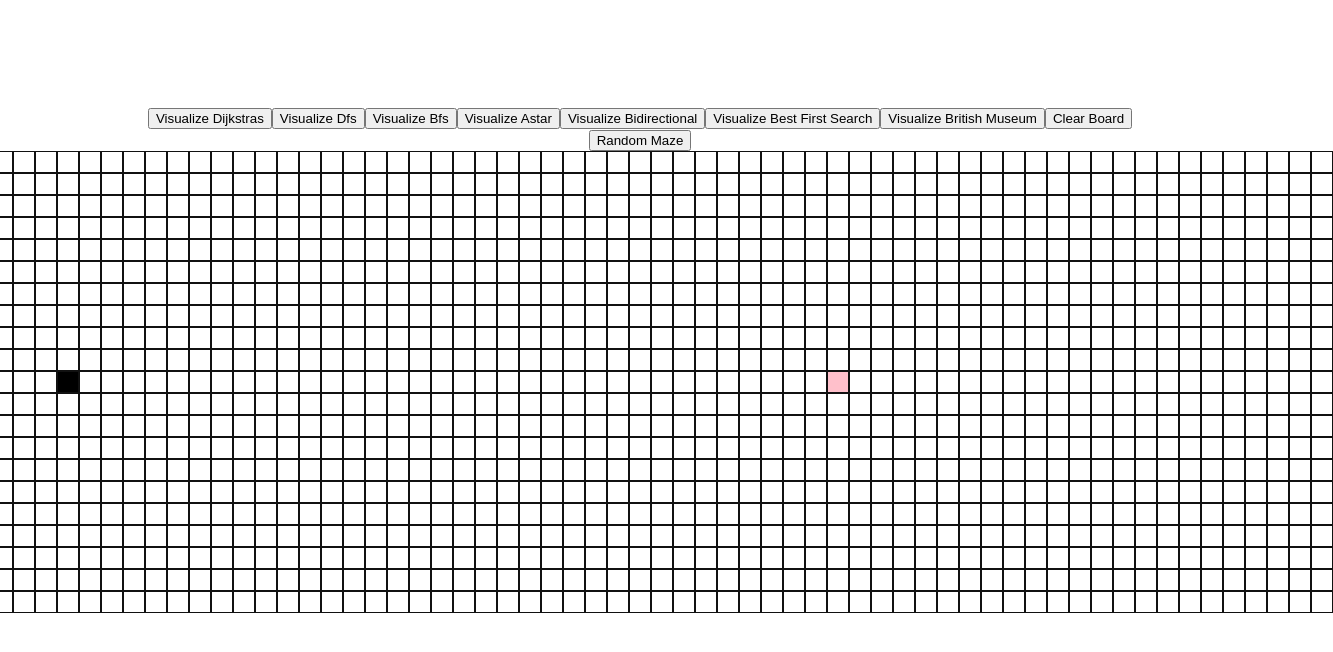
Repository: rehans-Life/Pathfinding-Visualizer
Page: /
An editor plug-in stored every save of this project. The page is shown before and after the next save, followed by the edit.
The browser window is 1280 px wide. The page is 1333 px wide, then 1280 px, so the pictures cover 1333 px, including what lies to the right of the window. The pictures show the whole page.
The project was rebuilt for these pictures with package versions that can differ from the ones it lists, and the page was loaded fresh each time. The framework's server and built-in components were replaced by stand-ins that run in the browser. Also part of the build but not shown: next.config.js.

Above is the page before, as saved 2023-03-11 09:49:17.

### pages/index.js
import Head from "next/head";
import styles from "../styles/Home.module.css";
import Node from "../components/Node";
import { visualizeDijistras } from "../algorithms/dijkstras";
import { useState } from "react";
import { visualizeDfs } from "../algorithms/dfs";
import { visualizeBfs } from "../algorithms/bfs";
import { visualizeAstar } from "../algorithms/aStar";
import { visualizeBidirectional } from "../algorithms/bidirectional";
import { visualizeBestfs } from "../algorithms/bestFirstSearch";
import { visualizeBritishMuseum } from "../algorithms/britishMuseum";
import { randomMaze } from "../mazes/randomMaze";

export const START_ROW = 10;
export const START_COL = 5;
export const END_ROW = 10;
export const END_COL = 40;
export const ROWS = 21;
export const COLS = 63;

function getInitialGrid() {
  let grid = [];
  for (let i = 0; i < ROWS; i++) {
    let row = [];
    for (let j = 0; j < COLS; j++) {
      const node = {
        row: i,
        col: j,
        isStart: i === START_ROW && j === START_COL,
        isEnd: i === END_ROW && j === END_COL,
        distance: Infinity,
        parent: null,
        isVisited: false,
        isInPath: false,
        isWall: false,
        huristic: Infinity,
        totalDistance: Infinity,
      };
      row.push(node);
    }
    grid.push(row);
  }
  return grid;
}

const canBecomeWall = (row, col) => {
  return row != END_ROW || col != END_COL;
};

export default function Home() {
  const [grid, setGrid] = useState(getInitialGrid());
  const [mouseDown, setMouseDown] = useState(false);

  const handleMouseDown = (row, col) => {
    if (!canBecomeWall(row, col)) return;
    setMouseDown(true);
    setCellAsWall(row, col);
  };

  const handleMouseEnter = (row, col) => {
    if (!canBecomeWall(row, col)) return;
    if (mouseDown) {
      setCellAsWall(row, col);
    }
  };

  const handleMouseUp = () => {
    setMouseDown(false);
  };

  const setCellAsWall = (row, col) => {
    let newGrid = grid.slice();
    newGrid[row][col].isWall = !newGrid[row][col].isWall;
    setGrid(newGrid);
  };

  return (
    <div className={styles.container}>
      <Head>
        <title>Pathfinding Visualizer</title>
        <meta name="description" content="Generated by create next app" />
        <link rel="icon" href="/favicon.ico" />
      </Head>
      <div className={styles.buttons}>
        <button onClick={() => visualizeDijistras(grid, setGrid)}>
          Visualize Dijkstras
        </button>
        <button onClick={() => visualizeDfs(grid, setGrid)}>
          Visualize Dfs
        </button>
        <button onClick={() => visualizeBfs(grid, setGrid)}>
          Visualize Bfs
        </button>
        <button onClick={() => visualizeAstar(grid, setGrid)}>
          Visualize Astar
        </button>
        <button onClick={() => visualizeBidirectional(grid, setGrid)}>
          Visualize Bidirectional
        </button>
        <button onClick={() => visualizeBestfs(grid, setGrid)}>
          Visualize Best First Search
        </button>
        <button onClick={() => visualizeBritishMuseum(grid, setGrid)}>
          Visualize British Museum
        </button>
        <button onClick={() => setGrid(getInitialGrid())}>Clear Board</button>
      </div>
      <div className={styles.buttons}>
        <button onClick={() => randomMaze(grid, setGrid)}>Random Maze</button>
      </div>
      {grid.map((row, index) => (
        <div key={index} className={styles.row}>
          {row.map((node, index) => (
            <Node
              key={index}
              row={node.row}
              col={node.col}
              isStart={node.isStart}
              isEnd={node.isEnd}
              distance={node.distance}
              isVisited={node.isVisited}
              isInPath={node.isInPath}
              isWall={node.isWall}
              handleMouseDown={handleMouseDown}
              handleMouseUp={handleMouseUp}
              handleMouseEnter={handleMouseEnter}
            ></Node>
          ))}
        </div>
      ))}
    </div>
  );
}

### styles/Home.module.css
.container {
  display: flex;
  flex-direction: column;
  justify-content: center;
  align-items: center;
  width: 100vw;
  height: 100vh;
}
.node {
  padding: 10px;
  border: 1px solid #111;
}

.row {
  display: flex;
}
.button {
  display: flex;
  align-items: center;
}

.startNode {
  padding: 10px;
  border: 1px solid #111;
  background-color: black;
}
.visited {
  background-color: lightslategray;
  padding: 10px;
  border: 1px solid #111;
}

.wall {
  background-color: darkslateblue;
  padding: 10px;
  border: 1px solid #111;
}

.inPath {
  background-color: royalblue;
  padding: 1-px;
  border: 1px solid #111;
}

.endNode {
  padding: 10px;
  border: 1px solid #111;
  background-color: pink;
}

### components/Node.js
import React from "react";
import styles from "../styles/Home.module.css";

export default function Node({
  row,
  col,
  isStart,
  isEnd,
  isWall,
  isInPath,
  isVisited,
  handleMouseDown,
  handleMouseUp,
  handleMouseEnter,
}) {
  return (
    <div
      onMouseDown={() => handleMouseDown(row, col)}
      onMouseUp={handleMouseUp}
      onMouseEnter={() => handleMouseEnter(row, col)}
      className={
        isStart
          ? styles.startNode
          : isEnd
          ? styles.endNode
          : isWall
          ? styles.wall
          : isInPath
          ? styles.inPath
          : isVisited
          ? styles.visited
          : styles.node
      }
    >
      {" "}
    </div>
  );
}

### algorithms/dijkstras.js
import { COLS, END_COL, END_ROW, ROWS, START_COL, START_ROW } from "../pages";

class PriorityQueue {
  constructor() {
    this.heap = [];
  }

  isEmpty() {
    return this.heap.length == 0;
  }

  insert(node) {
    this.heap.push(node);
    let i = this.heap.length - 1;
    this.siftup(i);
  }

  delete() {
    let temp = this.heap[0];
    this.heap[0] = this.heap[this.heap.length - 1];
    this.heap.pop();
    this.shiftdown(0);
    return temp;
  }

  siftup(i) {
    let parent = Math.floor((i - 1) / 2);
    while (parent >= 0 && this.heap[parent].distance > this.heap[i].distance) {
      let temp = this.heap[parent];
      this.heap[parent] = this.heap[i];
      this.heap[i] = temp;
      i = parent;
      parent = Math.floor((i - 1) / 2);
    }
  }
  shiftdown(i) {
    let leftChild = i * 2 + 1;
    let rightChild = i * 2 + 2;
    let n = this.heap.length;

    while (
      (leftChild < n &&
        this.heap[leftChild].distance < this.heap[i].distance) ||
      (rightChild < n && this.heap[rightChild].distance < this.heap[i].distance)
    ) {
      let smaller =
        rightChild >= n ||
        this.heap[leftChild].distance <= this.heap[rightChild].distance
          ? leftChild
          : rightChild;

      let temp = this.heap[i];
      this.heap[i] = this.heap[smaller];
      this.heap[smaller] = temp;

      i = smaller;
      leftChild = i * 2 + 1;
      rightChild = i * 2 + 2;
    }
  }
}

function isValid(row, col) {
  return row < ROWS && row >= 0 && col < COLS && col >= 0;
}

export function dijkstras(grid, src, target) {
  let priorityQueue = new PriorityQueue();
  let delRow = [-1, +1, 0, 0];
  let delCol = [0, 0, -1, +1];

  let visitedNodes = [];

  priorityQueue.insert(src);
  src.distance = 0;
  visitedNodes.push(src);

  while (!priorityQueue.isEmpty()) {
    let node = priorityQueue.delete();

    for (let i = 0; i < 4; i++) {
      let adjRow = node.row + delRow[i];
      let adjCol = node.col + delCol[i];
      let newDistance = node.distance + 1;

      if (isValid(adjRow, adjCol)) {
        let adjNode = grid[adjRow][adjCol];
        if (!adjNode.isWall && newDistance < adjNode.distance) {
          adjNode.distance = newDistance;
          adjNode.parent = node;
          if (adjNode.row === target.row && adjNode.col === target.col) {
            return visitedNodes;
          }
          visitedNodes.push(adjNode);
          priorityQueue.insert(adjNode);
        }
      }
    }
  }
  return visitedNodes;
}

const animteDijkstras = (visitedNodes, path, grid, setGrid) => {
  for (let i = 0; i < visitedNodes?.length; i++) {
    if (i === visitedNodes.length - 1) {
      setTimeout(() => {
        animatePath(path, grid, setGrid);
      }, 30 * i);
    }
    setTimeout(() => {
      let newGrid = grid.slice();

      let node = visitedNodes[i];
      let newNode = {
        ...node,
        isVisited: true,
      };

      newGrid[node.row][node.col] = newNode;
      setGrid(newGrid);
    }, 30 * i);
  }
};

const animatePath = (path, grid, setGrid) => {
  for (let i = 0; i < path?.length; i++) {
    setTimeout(() => {
      let newGrid = grid.slice();

      let node = path[i];
      let newNode = {
        ...node,
        isInPath: true,
      };

      newGrid[node.row][node.col] = newNode;
      setGrid(newGrid);
    }, 50 * i);
  }
};

export const visualizeDijistras = (grid, setGrid) => {
  let startNode = grid[START_ROW][START_COL];
  let endNode = grid[END_ROW][END_COL];
  let visitedNodes = dijkstras(grid, startNode, endNode);
  let node = grid[END_ROW][END_COL];
  let path = [];
  while (node) {
    path.push(node);
    node = node.parent;
  }
  path.reverse();
  animteDijkstras(visitedNodes, path, grid, setGrid);
};

### algorithms/dfs.js
import { COLS, END_COL, END_ROW, ROWS, START_COL, START_ROW } from "../pages";

export function visualizeDfs(grid, setGrid) {
  let startNode = grid[START_ROW][START_COL];
  let endNode = grid[END_ROW][END_COL];
  let visitedNodes = dfs(grid, startNode, endNode);
  let path = [];
  let node = endNode;
  while (node) {
    path.push(node);
    node = node.parent;
  }
  path.reverse();
  animateDfs(visitedNodes, path, grid, setGrid);
}

function animateDfs(visitedNodes, path, grid, setGrid) {
  for (let i = 0; i < visitedNodes.length; i++) {
    setTimeout(() => {
      if (i === visitedNodes.length - 1) {
        animatePath(path, grid, setGrid);
      }
      let newGrid = grid.slice();

      let node = visitedNodes[i];
      let newNode = {
        ...node,
        isVisited: true,
      };

      newGrid[node.row][node.col] = newNode;
      setGrid(newGrid);
    }, 10 * i);
  }
}

function animatePath(path, grid, setGrid) {
  for (let i = 0; i < path.length; i++) {
    setTimeout(() => {
      let newGrid = grid.slice();

      let node = path[i];
      let newNode = {
        ...node,
        isInPath: true,
      };

      newGrid[node.row][node.col] = newNode;
      setGrid(newGrid);
    }, 10 * i);
  }
}

function isValid(row, col) {
  return row < ROWS && row >= 0 && col < COLS && col >= 0;
}

function dfs(grid, src, target) {
  let visitedNodes = [];
  let delRow = [-1, 0, 0, +1];
  let delCol = [0, +1, -1, 0];

  function helper(node, parent) {
    node.distance = 1;
    node.parent = parent;
    visitedNodes.push(node);

    if (node.row === target.row && node.col === target.col) {
      return true;
    }

    for (let i = 0; i < 4; i++) {
      let adjRow = node.row + delRow[i];
      let adjCol = node.col + delCol[i];

      if (isValid(adjRow, adjCol)) {
        let adjNode = grid[adjRow][adjCol];
        if (!adjNode.isWall && adjNode.distance === Infinity) {
          if (helper(adjNode, node)) {
            return true;
          }
        }
      }
    }
  }

  helper(src, null);
  return visitedNodes;
}

### algorithms/bfs.js
import { COLS, END_COL, END_ROW, ROWS, START_COL, START_ROW } from "../pages";

function isValid(row, col) {
  return row < ROWS && row >= 0 && col < COLS && col >= 0;
}

export function bfs(grid, src, target) {
  let queue = [];
  let delRow = [-1, +1, 0, 0];
  let delCol = [0, 0, -1, +1];

  let visitedNodes = [];

  queue.push(src);
  src.distance = 0;
  visitedNodes.push(src);

  while (queue.length) {
    let node = queue.shift();

    for (let i = 0; i < 4; i++) {
      let adjRow = node.row + delRow[i];
      let adjCol = node.col + delCol[i];
      let newDistance = node.distance + 1;

      if (isValid(adjRow, adjCol)) {
        let adjNode = grid[adjRow][adjCol];
        if (!adjNode.isWall && newDistance < adjNode.distance) {
          adjNode.distance = newDistance;
          adjNode.parent = node;
          if (adjNode.row === target.row && adjNode.col === target.col) {
            return visitedNodes;
          }
          visitedNodes.push(adjNode);
          queue.push(adjNode);
        }
      }
    }
  }
  return visitedNodes;
}

const animateBfs = (visitedNodes, path, grid, setGrid) => {
  for (let i = 0; i < visitedNodes?.length; i++) {
    if (i === visitedNodes.length - 1) {
      setTimeout(() => {
        animatePath(path, grid, setGrid);
      }, 10 * i);
    }
    setTimeout(() => {
      let newGrid = grid.slice();

      let node = visitedNodes[i];
      let newNode = {
        ...node,
        isVisited: true,
      };

      newGrid[node.row][node.col] = newNode;
      setGrid(newGrid);
    }, 10 * i);
  }
};

const animatePath = (path, grid, setGrid) => {
  for (let i = 0; i < path?.length; i++) {
    setTimeout(() => {
      let newGrid = grid.slice();

      let node = path[i];
      let newNode = {
        ...node,
        isInPath: true,
      };

      newGrid[node.row][node.col] = newNode;
      setGrid(newGrid);
    }, 50 * i);
  }
};

export const visualizeBfs = (grid, setGrid) => {
  let startNode = grid[START_ROW][START_COL];
  let endNode = grid[END_ROW][END_COL];
  let visitedNodes = bfs(grid, startNode, endNode);
  let node = grid[END_ROW][END_COL];
  let path = [];
  while (node) {
    path.push(node);
    node = node.parent;
  }
  path.reverse();
  animateBfs(visitedNodes, path, grid, setGrid);
};

### algorithms/bidirectional.js
import { COLS, END_COL, END_ROW, ROWS, START_COL, START_ROW } from "../pages";

function isValid(row, col) {
  return row < 20 && row >= 0 && col < 50 && col >= 0;
}

function bidirectional(grid, src, target) {
  let forwardQueue = [];
  let backwardQueue = [];

  let forwardVisitedNodes = [];
  let backwardVisitedNodes = [];

  src.distance = 0;
  forwardQueue.push(src);
  forwardVisitedNodes.push(src);

  target.distance = 0;
  backwardQueue.push(target);
  backwardVisitedNodes.push(target);

  while (forwardQueue.length && backwardQueue.length) {
    bfs(grid, forwardQueue, forwardVisitedNodes, backwardVisitedNodes);

    let backwardIntersectingNodes = bfs(
      grid,
      backwardQueue,
      backwardVisitedNodes,
      forwardVisitedNodes
    );
    if (backwardIntersectingNodes) {
      return [
        answer(forwardVisitedNodes, backwardVisitedNodes),
        genertatePath(backwardIntersectingNodes),
      ];
    }
  }
  return [answer(forwardVisitedNodes, backwardVisitedNodes), []];
}

function answer(forwardVisitedNodes, backwardVisitedNodes) {
  let visitedNodes = [];
  let n = forwardVisitedNodes.length;
  let m = backwardVisitedNodes.length;

  let greater = n > m ? n : m;

  for (let i = 0; i < greater; i++) {
    if (i < n) visitedNodes.push(forwardVisitedNodes[i]);
    if (i < m) visitedNodes.push(backwardVisitedNodes[i]);
  }
  return visitedNodes;
}

function genertatePath(intersectingingNodes) {
  let forwardPath = [];
  let forwardNode = intersectingingNodes[0];
  while (forwardNode) {
    forwardPath.push(forwardNode);
    forwardNode = forwardNode.parent;
  }
  forwardPath.reverse();
  let backwardPath = [];
  let backwardNode = intersectingingNodes[1];
  while (backwardNode) {
    backwardPath.push(backwardNode);
    backwardNode = backwardNode.parent;
  }
  let path = [...forwardPath, ...backwardPath];
  return path;
}

function bfs(grid, queue, directionVisitedNodes, visitedNodes) {
  let node = queue.shift();
  let delRow = [-1, +1, 0, 0];
  let delCol = [0, 0, -1, +1];

  for (let i = 0; i < 4; i++) {
    let adjRow = node.row + delRow[i];
    let adjCol = node.col + delCol[i];
    let newDistance = node.distance + 1;

    if (isValid(adjRow, adjCol)) {
      let adjNode = grid[adjRow][adjCol];

      if (visitedNodes.includes(adjNode)) {
        return [adjNode, node];
      }

      if (!adjNode.isWall && newDistance < adjNode.distance) {
        adjNode.distance = newDistance;
        adjNode.parent = node;
        directionVisitedNodes.push(adjNode);
        queue.push(adjNode);
      }
    }
  }
}

const animateBidirectional = (visitedNodes, path, grid, setGrid) => {
  for (let i = 0; i < visitedNodes?.length; i++) {
    if (i === visitedNodes.length - 1) {
      setTimeout(() => {
        animatePath(path, grid, setGrid);
      }, 10 * i);
    }
    setTimeout(() => {
      let newGrid = grid.slice();

      let node = visitedNodes[i];
      let newNode = {
        ...node,
        isVisited: true,
      };

      newGrid[node.row][node.col] = newNode;
      setGrid(newGrid);
    }, 10 * i);
  }
};

const animatePath = (path, grid, setGrid) => {
  for (let i = 0; i < path?.length; i++) {
    setTimeout(() => {
      let newGrid = grid.slice();

      let node = path[i];
      let newNode = {
        ...node,
        isInPath: true,
      };

      newGrid[node.row][node.col] = newNode;
      setGrid(newGrid);
    }, 50 * i);
  }
};

export const visualizeBidirectional = (grid, setGrid) => {
  let startNode = grid[START_ROW][START_COL];
  let endNode = grid[END_ROW][END_COL];
  let [visitedNodes, path] = bidirectional(grid, startNode, endNode);
  animateBidirectional(visitedNodes, path, grid, setGrid);
};

### algorithms/britishMuseum.js
import { COLS, END_COL, END_ROW, ROWS, START_COL, START_ROW } from "../pages";

function huristics(grid, src) {
  let queue = [];
  let delRow = [-1, +1, 0, 0];
  let delCol = [0, 0, -1, +1];

  queue.push(src);
  src.huristic = 0;

  while (queue.length) {
    let node = queue.shift();

    for (let i = 0; i < 4; i++) {
      let adjRow = node.row + delRow[i];
      let adjCol = node.col + delCol[i];
      if (isValid(adjRow, adjCol)) {
        let adjNode = grid[adjRow][adjCol];
        let huristic = Math.sqrt(
          Math.pow(adjRow - src.row, 2) + Math.pow(adjCol - src.col, 2)
        );
        if (!adjNode.isWall && adjNode.huristic === Infinity) {
          adjNode.huristic = huristic;
          queue.push(adjNode);
        }
      }
    }
  }
}

function isValid(row, col) {
  return row < ROWS && row >= 0 && col < COLS && col >= 0;
}

function britishMuseum(grid, src, target) {
  huristics(grid, target);
  let delRow = [-1, +1, 0, 0];
  let delCol = [0, 0, -1, +1];
  let visitedNodes = [];

  function dfs(node, parent) {
    visitedNodes.push(node);
    node.parent = parent;
    node.distance = 1;
    let adjNodes = [];

    if (node.row === target.row && node.col === target.col) {
      return true;
    }

    for (let i = 0; i < 4; i++) {
      let adjRow = node.row + delRow[i];
      let adjCol = node.col + delCol[i];

      if (isValid(adjRow, adjCol)) {
        let adjNode = grid[adjRow][adjCol];
        if (!adjNode.isWall) {
          adjNodes.push(adjNode);
        }
      }
    }
    adjNodes.sort((a, b) => a.huristic - b.huristic);
    console.log(adjNodes);

    for (let i = 0; i < adjNodes.length; i++) {
      if (adjNodes[i].distance === Infinity) {
        if (dfs(adjNodes[i], node)) return true;
      }
    }
  }
  dfs(src, null);
  console.log(visitedNodes);
  return visitedNodes;
}

const animateBritishMuseum = (visitedNodes, path, grid, setGrid) => {
  for (let i = 0; i < visitedNodes?.length; i++) {
    if (i === visitedNodes.length - 1) {
      setTimeout(() => {
        animatePath(path, grid, setGrid);
      }, 10 * i);
    }
    setTimeout(() => {
      let newGrid = grid.slice();

      let node = visitedNodes[i];
      let newNode = {
        ...node,
        isVisited: true,
      };

      newGrid[node.row][node.col] = newNode;
      setGrid(newGrid);
    }, 10 * i);
  }
};

const animatePath = (path, grid, setGrid) => {
  for (let i = 0; i < path?.length; i++) {
    setTimeout(() => {
      let newGrid = grid.slice();

      let node = path[i];
      let newNode = {
        ...node,
        isInPath: true,
      };

      newGrid[node.row][node.col] = newNode;
      setGrid(newGrid);
    }, 50 * i);
  }
};

export const visualizeBritishMuseum = (grid, setGrid) => {
  let startNode = grid[START_ROW][START_COL];
  let endNode = grid[END_ROW][END_COL];
  let visitedNodes = britishMuseum(grid, startNode, endNode);
  let node = grid[END_ROW][END_COL];
  let path = [];
  while (node) {
    path.push(node);
    node = node.parent;
  }
  path.reverse();
  animateBritishMuseum(visitedNodes, path, grid, setGrid);
};

### mazes/randomMaze.js
import { COLS, END_COL, END_ROW, ROWS } from "../pages";

function isValid(minRow, maxRow, minCol, maxCol) {
  return minRow < maxRow && minCol < maxCol;
}

function randomNumber(min, max) {
  return Math.floor(Math.random() * (max - min) + min);
}

function isValidRandom(number, direction) {
  return;
}

export function randomMaze(grid, setGrid) {
  let newGrid = grid.slice();

  for (let i = 0; i < COLS; i++) {
    let firstRowNode = newGrid[0][i];
    let lastRowNode = newGrid[ROWS - 1][i];
    firstRowNode.isWall = true;
    lastRowNode.isWall = true;
  }

  for (let i = 0; i < ROWS; i++) {
    let firstColNode = newGrid[i][0];
    let lastColNode = newGrid[i][COLS - 1];
    firstColNode.isWall = true;
    lastColNode.isWall = true;
  }

  divide(newGrid, 2, ROWS - 2, 2, COLS - 2, "row");
  newGrid[END_ROW][END_COL].isWall = false;
  setGrid(newGrid);
}

function divide(grid, minRow, maxRow, minCol, maxCol, direction, prevSpace) {
  if (!isValid(minRow, maxRow, minCol, maxCol)) return;

  if (direction === "row") {
    let randomRow = randomNumber(minRow, maxRow);

    if (minRow === maxRow - 1) return;

    while (randomRow === prevSpace) {
      randomRow = randomNumber(minRow, maxRow);
    }

    let randomSpace = randomNumber(minCol, maxCol);

    for (let i = minCol - 2; i < maxCol + 2; i++) {
      let node = grid[randomRow][i];
      if (i != randomSpace) {
        node.isWall = true;
      }
    }
    divide(grid, minRow, randomRow - 2, minCol, maxCol, "col", randomSpace);
    divide(grid, randomRow + 2, maxRow, minCol, maxCol, "col", randomSpace);
  } else {
    if (minCol === maxCol - 1) return;

    let randomCol = randomNumber(minCol, maxCol);

    while (randomCol === prevSpace) {
      randomCol = randomNumber(minCol, maxCol);
    }

    let randomSpace = randomNumber(minRow, maxRow);

    for (let i = minRow - 2; i < maxRow + 2; i++) {
      let node = grid[i][randomCol];
      if (i != randomSpace) {
        node.isWall = true;
      }
    }
    divide(grid, minRow, maxRow, minCol, randomCol - 2, "col", randomSpace);
    divide(grid, minRow, maxRow, randomCol + 2, maxCol, "row", randomSpace);
  }
}

Loaded but not shown: pages/_app.js (common file); styles/globals.css (common file); algorithms/bestFirstSearch.js (181 lines, source omitted); algorithms/aStar.js (169 lines, source omitted)

After the next save:
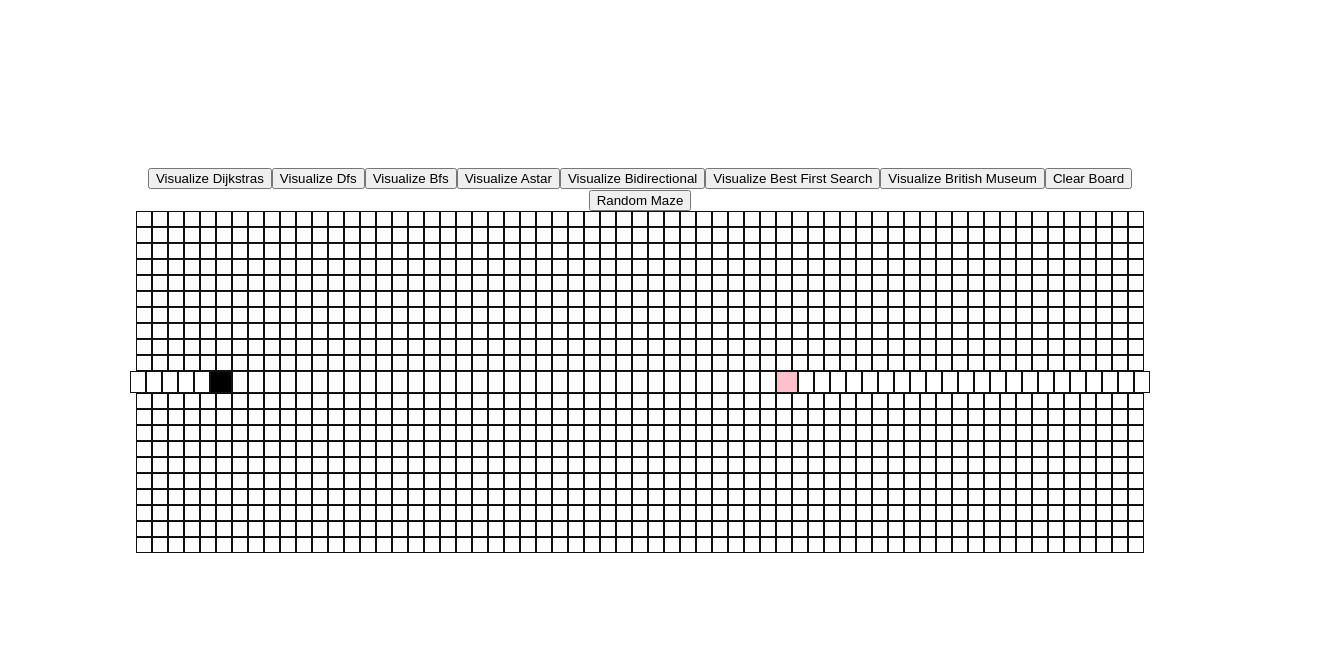
Saved 5 s later.
--- a/styles/Home.module.css
+++ b/styles/Home.module.css
@@ -7,7 +7,7 @@
   height: 100vh;
 }
 .node {
-  padding: 10px;
+  padding: 7px;
   border: 1px solid #111;
 }
 
